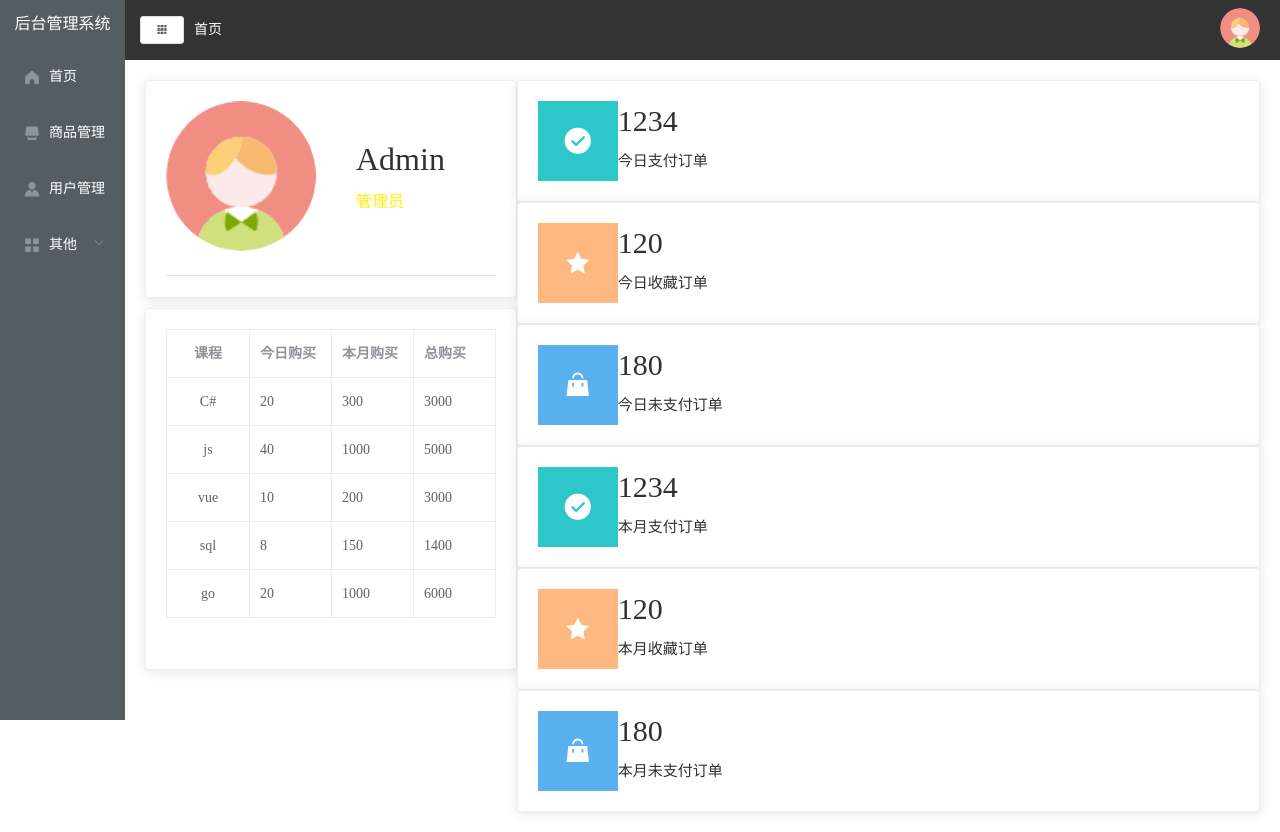
Repository: tkqi/manage
Page: /
These files come from the project's save history. The page is drawn as it stood at one moment and after the next save; the edit follows.
The browser window is 1280 px wide. The pictures show the whole page.
The project was rebuilt for these pictures with package versions that can differ from the ones it lists, and the page was loaded fresh each time. Also part of the build but not shown: vue.config.js.

Above is the page before, as saved 2023-12-06 11:30:50.

After the next save:
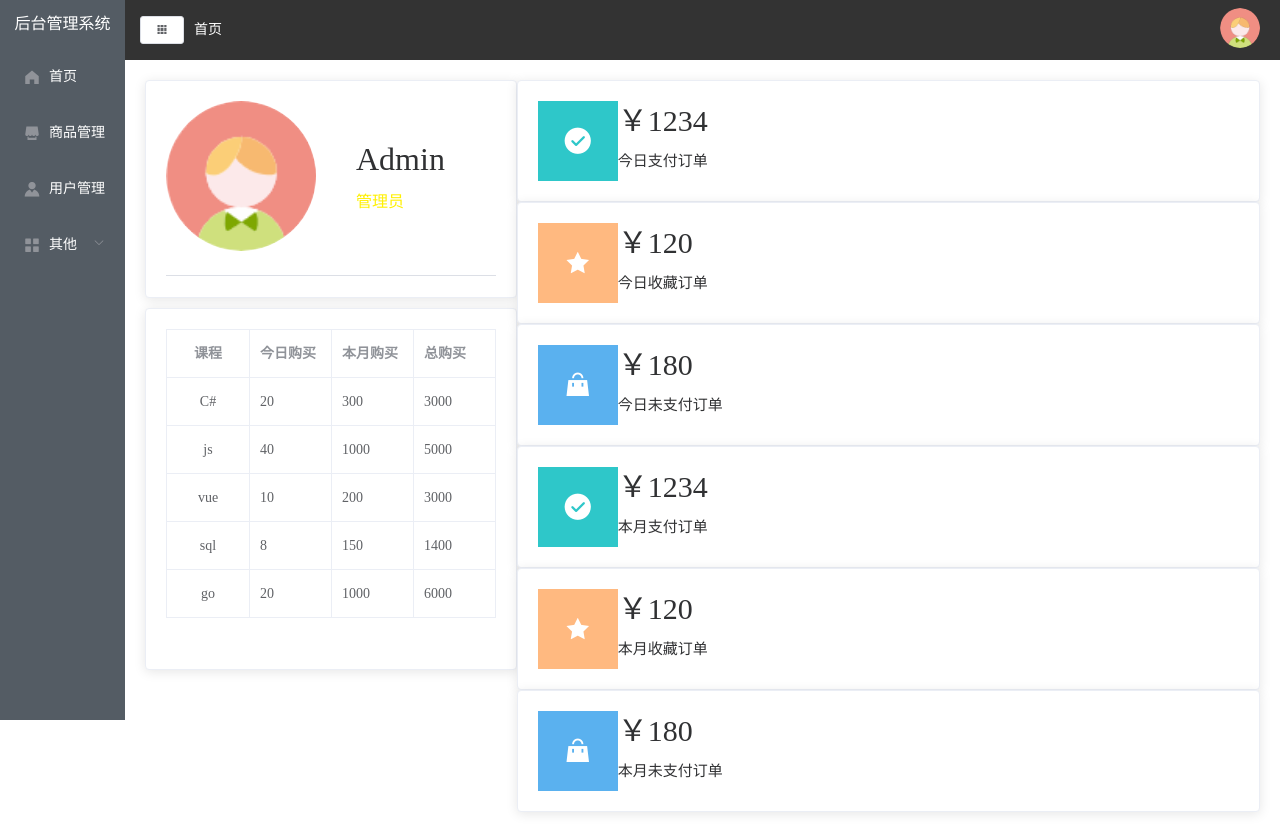
Saved 56 s later.
--- a/src/views/Home.vue
+++ b/src/views/Home.vue
@@ -33,10 +33,10 @@
         </el-col>
         <el-col :span="16">
             <div class="buy">
-                <el-card v-for="(item, index) in countData" :key="index" :body-style="{ display: 'flex', width:'30%'}">
+                <el-card v-for="(item, index) in countData" :key="index" :body-style="{ display: 'flex', width: '30%' }">
                     <i class="icon" :class="`el-icon-${item.icon}`" :style="{ background: item.color }"></i>
                     <div class="buy-content">
-                        <p class="value">{{ item.value }}</p>
+                        <p class="value">{{ '￥' + item.value }}</p>
                         <p class="label">{{ item.label }}</p>
                     </div>
                 </el-card>
@@ -173,28 +173,30 @@ export default {
         height: 100%;
     }
 }
-.buy{
+
+.buy {
     .icon {
-    width: 80px;
-    height: 80px;
-    font-size: 30px;
-    color: #fff;
-    text-align: center;
-    line-height: 80px;
-    }
-    .buy-content{
+        width: 80px;
+        height: 80px;
+        font-size: 30px;
+        color: #fff;
+        text-align: center;
+        line-height: 80px;
+    }
+
+    .buy-content {
         display: flex;
         flex-direction: column;
         justify-content: center;
-        .value{
+
+        .value {
             font-size: 30px;
             line-height: 40px;
         }
-        .label{
+
+        .label {
             font-size: 15px;
             line-height: 40px;
         }
     }
-}
-
-</style>
+}</style>
